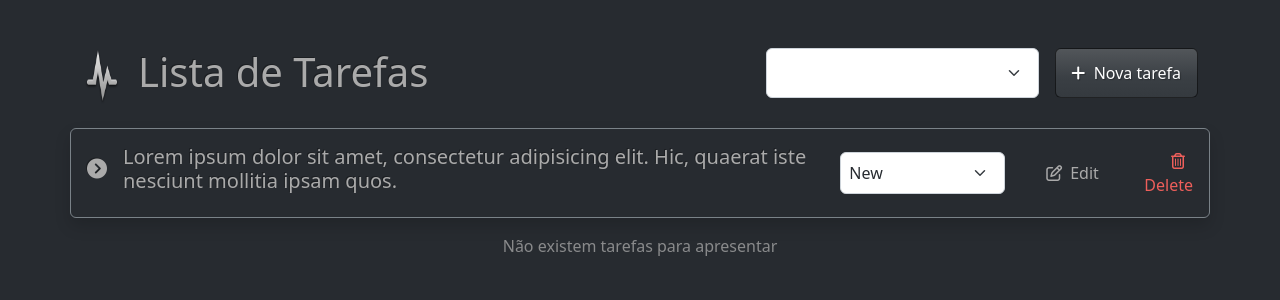
Repository: cargugati/lista_tarefas
Page: frontEnd/index.html
The author's editor kept a copy of each file at every save. The page is drawn from the files as they stood at one save, then again after a run of saves.
The browser window is 1280 px wide. The pictures show the whole page.

Above is the page before, as saved 2023-03-18 23:02:11.

### frontEnd/index.html
<!DOCTYPE html>
<html lang="pt-br">

<head>
  <meta charset="UTF-8">
  <meta http-equiv="X-UA-Compatible" content="IE=edge">
  <meta name="viewport" content="width=device-width, initial-scale=1.0">
  <title>Lista de Tarefas</title>
  <link rel="stylesheet" href="./assets/css/bootstrap.min.css">
  <link rel="stylesheet" href="./assets/fontawesome/css/all.min.css">
  <link rel="shortcut icon" href="./assets/images/favicon.png" type="image/png">
</head>

<body>
  <div class="container my-5">

    <!-- cabeçalho -->
    <div class="row mb-4">
      <div class="col">
        <div class="d-flex justify-content-start">
          <img src="./assets/images/favicon.png" alt="Logo" class="img-fluid me-3" width="40px">
          <h1>Lista de Tarefas</h1>
        </div>

      </div>
      <div class="col text-end">
        <div class="d-flex justify-content-end">
          <select id="select_filter" class="form-select w-50 p-2 me-3">
            <option value=""></option>
            <option value="1">filtro 1</option>
          </select>
          <a href="new_task.html" class="btn btn-primary"><i class="fa-solid fa-plus me-2"></i>Nova tarefa</a>
        </div>
      </div>
    </div>

    <!-- aspecto visual de uma tarefa -->
    <div class="row mb-3">
      <div class="col-12 border border-secondary rounded p-3 shadow">
        <div class="row align-items-center">
          <div class="col-8">
            <div class="d-flex align-items-center">
              <h5 class="me-3"> <i class="fa-solid fa-circle-chevron-right"></i> </h5>
              <h5>
                Lorem ipsum dolor sit amet, consectetur adipisicing elit. Hic, quaerat iste nesciunt mollitia ipsam
                quos.
              </h5>
            </div>
          </div>
          <div class="col-2">
            <select id="task_status" class="form-select p-2">
              <option value="new">New</option>
              <option value="in progress">In progress</option>
              <option value="canceled">Canceled</option>
              <option value="done">Done</option>
            </select>
          </div>
          <div class="col-1 text-end"><i class="fa-regular fa-pen-to-square me-2"></i>Edit</div>
          <div class="col-1 text-end text-danger"><i class="fa-regular fa-trash-can me-2"></i>Delete</div>
        </div>
      </div>
    </div>


    <!-- sem tarefa -->
    <div class="row " id="no_tasks">
      <div class="col text-center">
        <span class="opacity-75">Não existem tarefas para apresentar</span>
      </div>
    </div>
  </div>


  <script src="./assets/js/bootstrap.bundle.min.js"></script>
</body>

</html>

Loaded but not shown: frontEnd/assets/css/bootstrap.min.css (library); frontEnd/assets/fontawesome/css/all.min.css (library); frontEnd/assets/js/bootstrap.bundle.min.js (library)

After the next 2 saves:
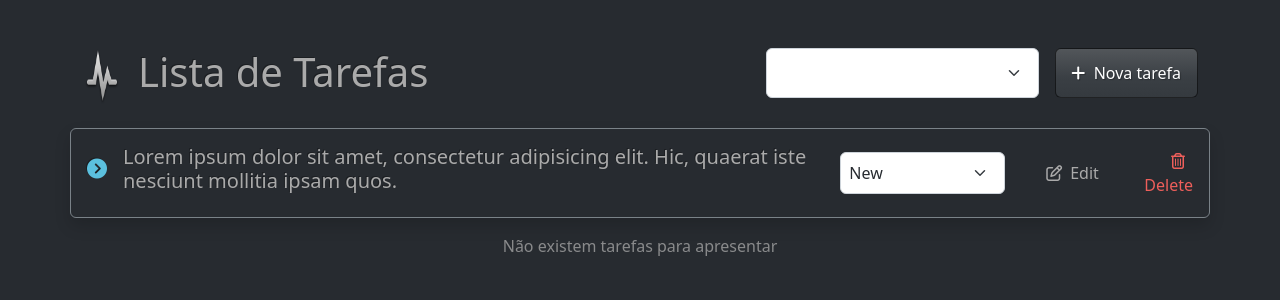
The 2 saves are shown as one change because they came seconds apart.
The last was saved 3 min 11 s later.
--- a/frontEnd/index.html
+++ b/frontEnd/index.html
@@ -40,7 +40,7 @@
         <div class="row align-items-center">
           <div class="col-8">
             <div class="d-flex align-items-center">
-              <h5 class="me-3"> <i class="fa-solid fa-circle-chevron-right"></i> </h5>
+              <h5 class="me-3 text-info"> <i class="fa-solid fa-circle-chevron-right"></i> </h5>
               <h5>
                 Lorem ipsum dolor sit amet, consectetur adipisicing elit. Hic, quaerat iste nesciunt mollitia ipsam
                 quos.
